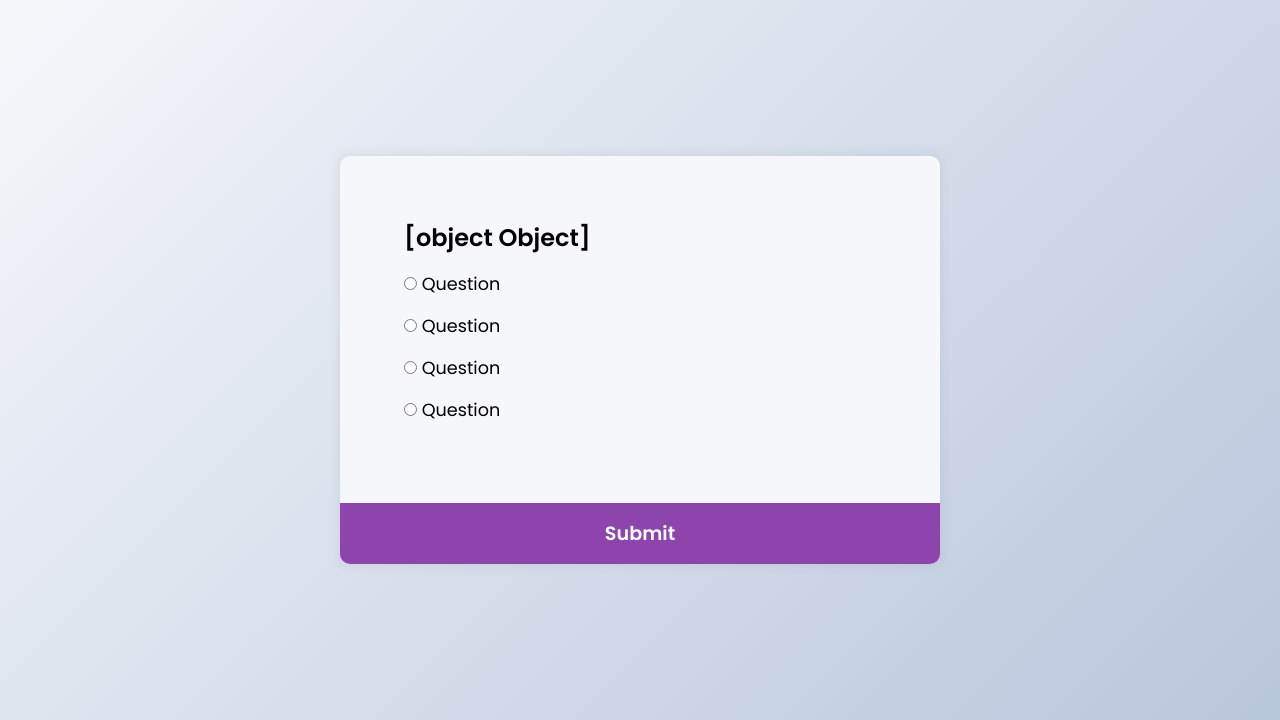
Repository: sevilgenysf/javascript-two
Page: index.html
The author's editor kept a copy of each file at every save. The page is drawn from the files as they stood at one save, then again after the next save.
The browser window is 1280 px wide. The pictures show the whole page.

Above is the page before, as saved 2022-02-27 15:33:43.

After the next save:
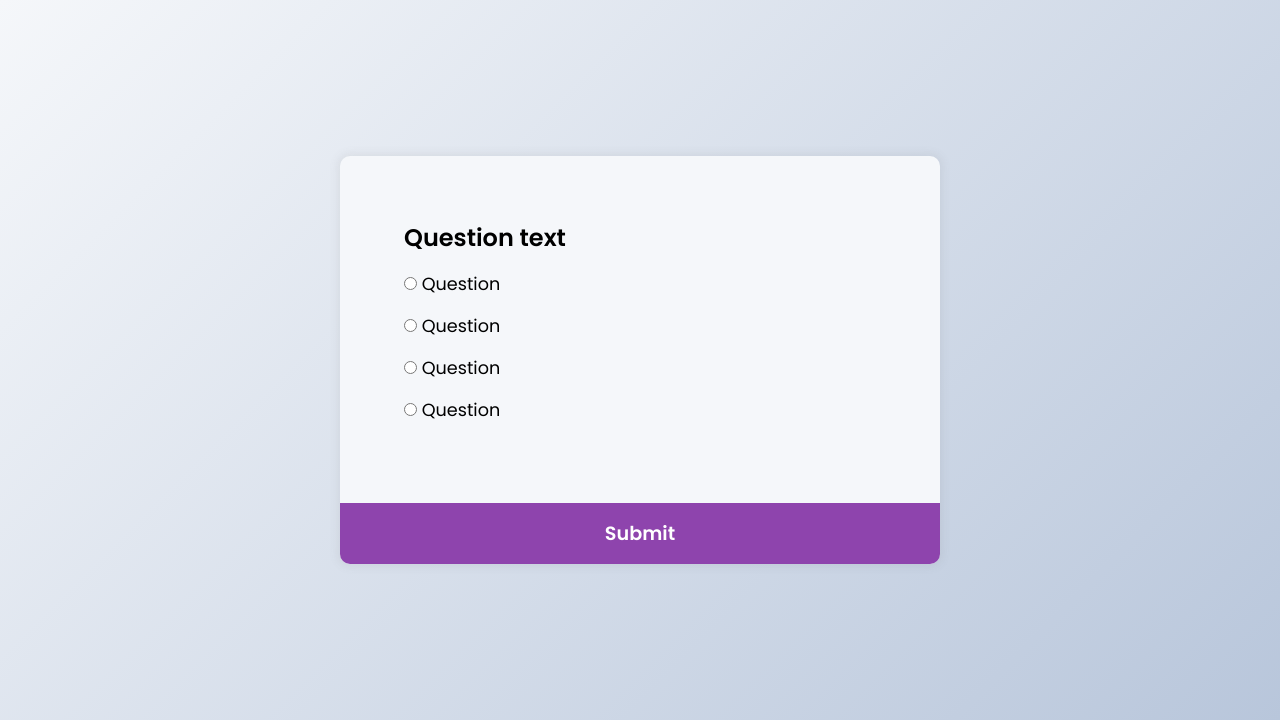
Console error: ReferenceError: currentQuestion is not defined
Saved 29 s later.
--- a/index.js
+++ b/index.js
@@ -47,7 +47,7 @@ const b_text = document.getElementById('b_text');
 const c_text = document.getElementById('c_text');
 const d_text = document.getElementById('d_text');
 
-let currentQuestion = 0;
+let currentQuiz = 0;
 
 loadQuiz();
 
